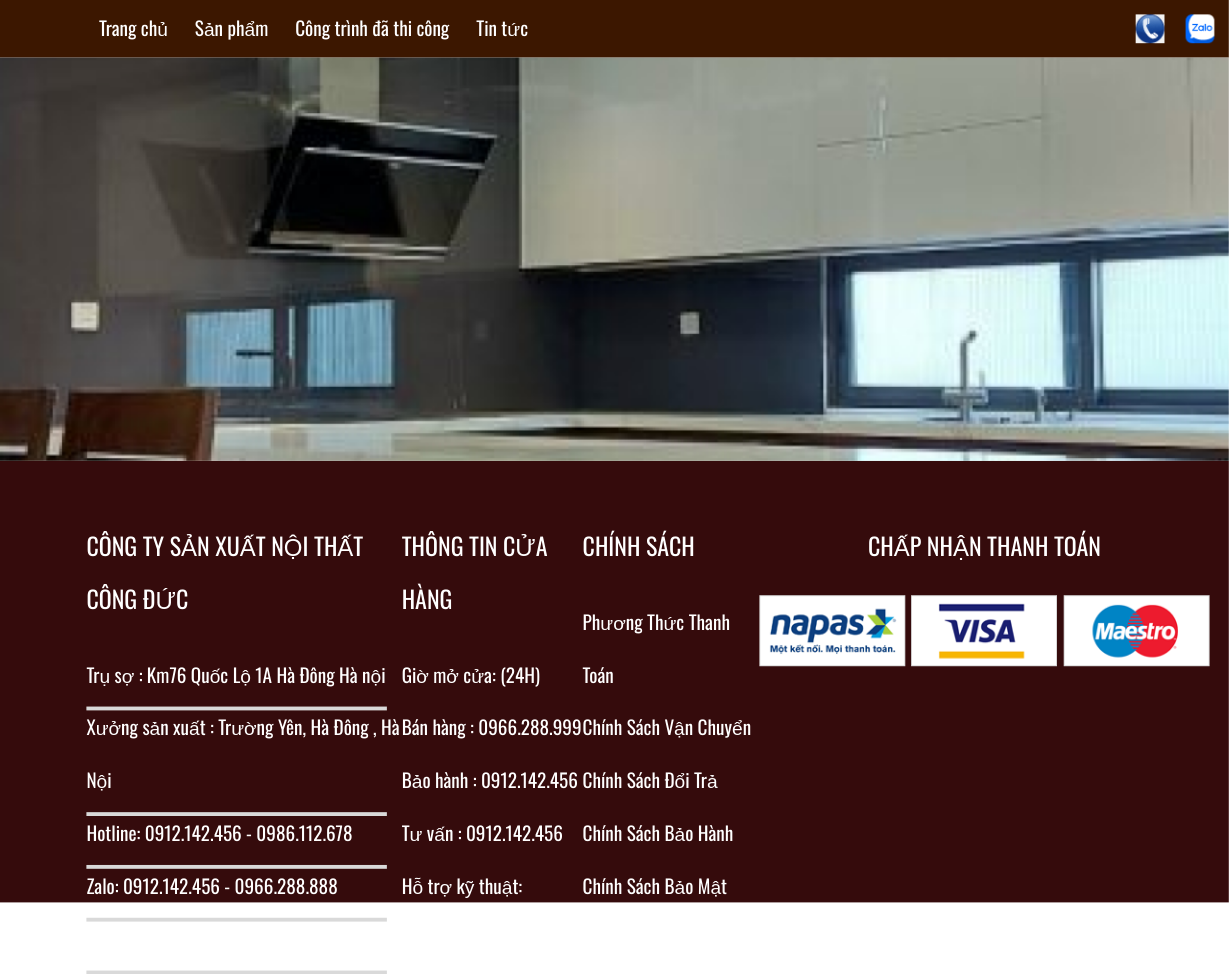
Repository: KHANHD192/FigmaTo-HTML
Page: APP-SHOP/ctdtc.html
The author's editor kept a copy of each file at every save. The page is drawn from the files as they stood at one save, then again after the next save.
The browser window is 1280 px wide. The pictures show the whole page, at 96% of full size.

Above is the page before, as saved 2022-11-21 23:28:16.

After the next save:
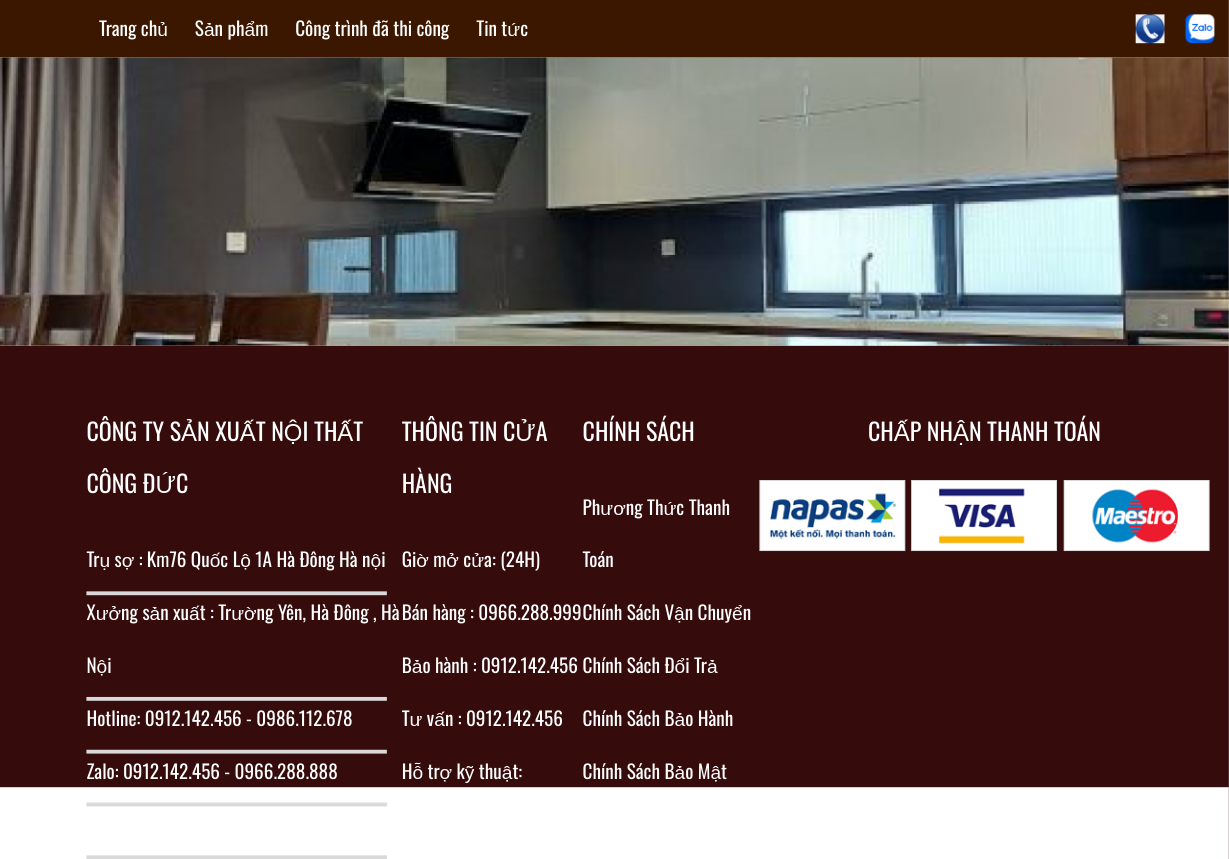
Saved 3 min 26 s later.
--- a/APP-SHOP/ctdtc.html
+++ b/APP-SHOP/ctdtc.html
@@ -10,7 +10,9 @@
     <link rel="preconnect" href="https://fonts.googleapis.com">
      <link rel="preconnect" href="https://fonts.gstatic.com" crossorigin>
      <style>
-
+ .header__background{
+    height: 300px;
+ }
      </style>
 </head>
 <body>
